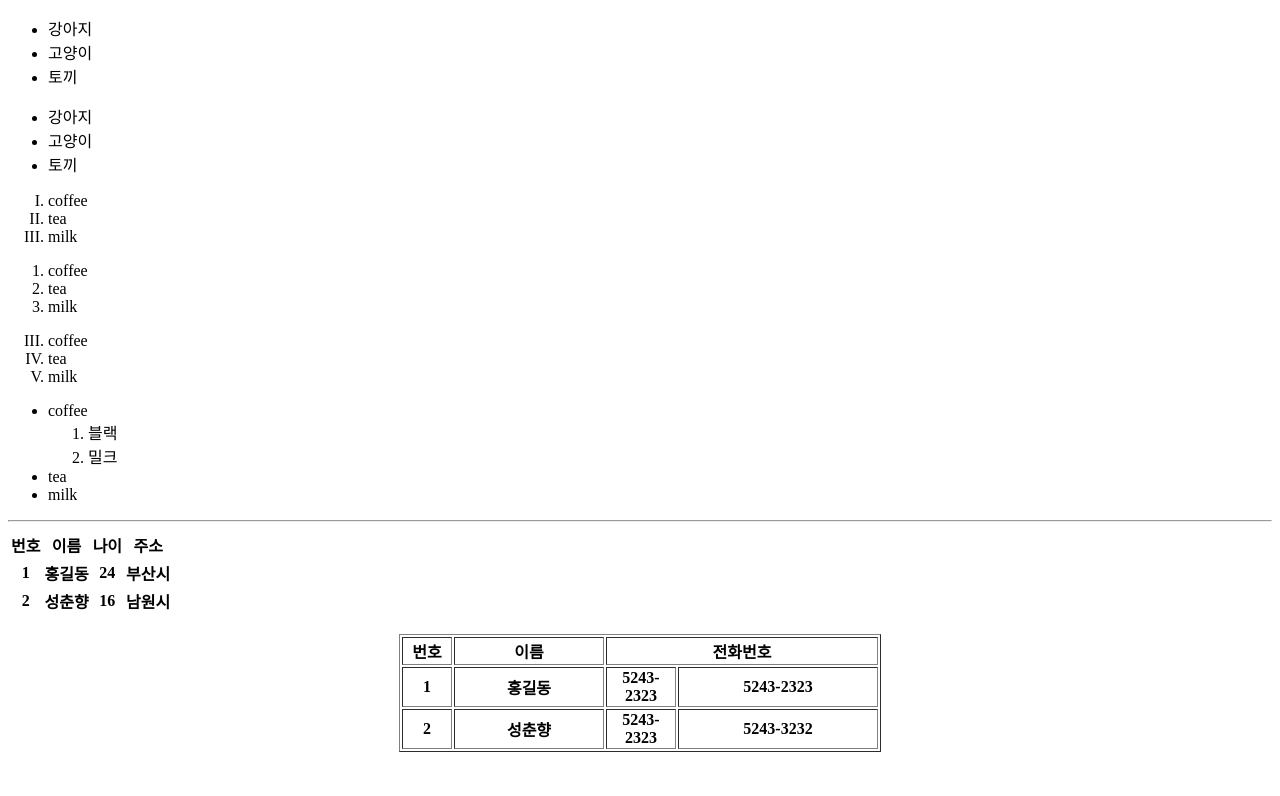
Repository: suhong99/htmlLecture
Page: sample02/src/main/webapp/index.html
An editor plug-in stored every save of this project. The page is shown before and after the next save, followed by the edit.
The browser window is 1280 px wide. The pictures show the whole page.

Above is the page before, as saved 2023-06-21 07:30:13.

### sample02/src/main/webapp/index.html
<!DOCTYPE html>
<html>
<head>
<meta charset="UTF-8">
<title>Insert title here</title>
</head>
<body>
<!--
	list : 목록

	ul : unordered(순서없는) list
	ol : ordered(순서있는) list

 -->

<ul>
 	<li>강아지</li>
 	<li>고양이</li>
 	<li>토끼</li>
</ul>

<ul style="list-style-type:disc">
 	<li>강아지</li>
 	<li>고양이</li>
 	<li>토끼</li>
</ul>

<ol type="I">
	<li>coffee</li>
	<li>tea</li>
	<li>milk</li>
</ol>
<ol type="3">  <!-- 안됨  -->
	<li>coffee</li>
	<li>tea</li>
	<li>milk</li>
</ol>
<ol type = "I" start="3">
	<li>coffee</li>
	<li>tea</li>
	<li>milk</li>
</ol>

<ul type="I">
	<li>coffee
	<ol>
		<li>블랙</li>
		<li>밀크</li>
		</ol>
	</li>
	<li>tea</li>
	<li>milk</li>
</ul>

<hr>

<!--
	table : column(열) , row(행)
	<table>
		<col width="">
		<thead>
			<tr>
				<th></th>
				<td></td>
			</tr>
		</thead>
		<tbody>
		</tbody>
	</table>
 -->

 <table>
 	<thead>
 	<tr>
 		<th>번호</th>
	 	<th>이름</th>
	 	<th>나이</th>
 		<th>주소</th>
 	</tr>
 	</thead>
 	<tbody>
	 	<tr>
	 		<th>1</th>
		 	<th>홍길동</th>
		 	<th>24</th>
	 		<th>부산시</th>
	 	</tr>
	 	<tr>
	 		<th>2</th>
		 	<th>성춘향</th>
		 	<th>16</th>
	 		<th>남원시</th>
	 	</tr>
 	</tbody>
 </table>
 <br>
 <div align="center">
 <table border="1">
 <col width="50"> <col width="150">
  <col width="70">
  <col width="200">

 	<thead>
 	<tr>
 		<th>번호</th>
	 	<th>이름</th>
	 	<th colspan="2">전화번호</th>
 	</tr>
 	</thead>
 	<tbody>
	 	<tr>
	 		<th align="center">1</th>
		 	<th>홍길동</th>
		 	<th>5243-2323</th>
	 		<th>5243-2323</th>
	 	</tr>
	 	<tr>
	 		<th align="center">2</th>
		 	<th>성춘향</th>
		 	<th>5243-2323</th>
	 		<th>5243-3232</th>
	 	</tr>
 	</tbody>
 </table>
 </div>
 <br></br>

</body>
</html>

After the next save:
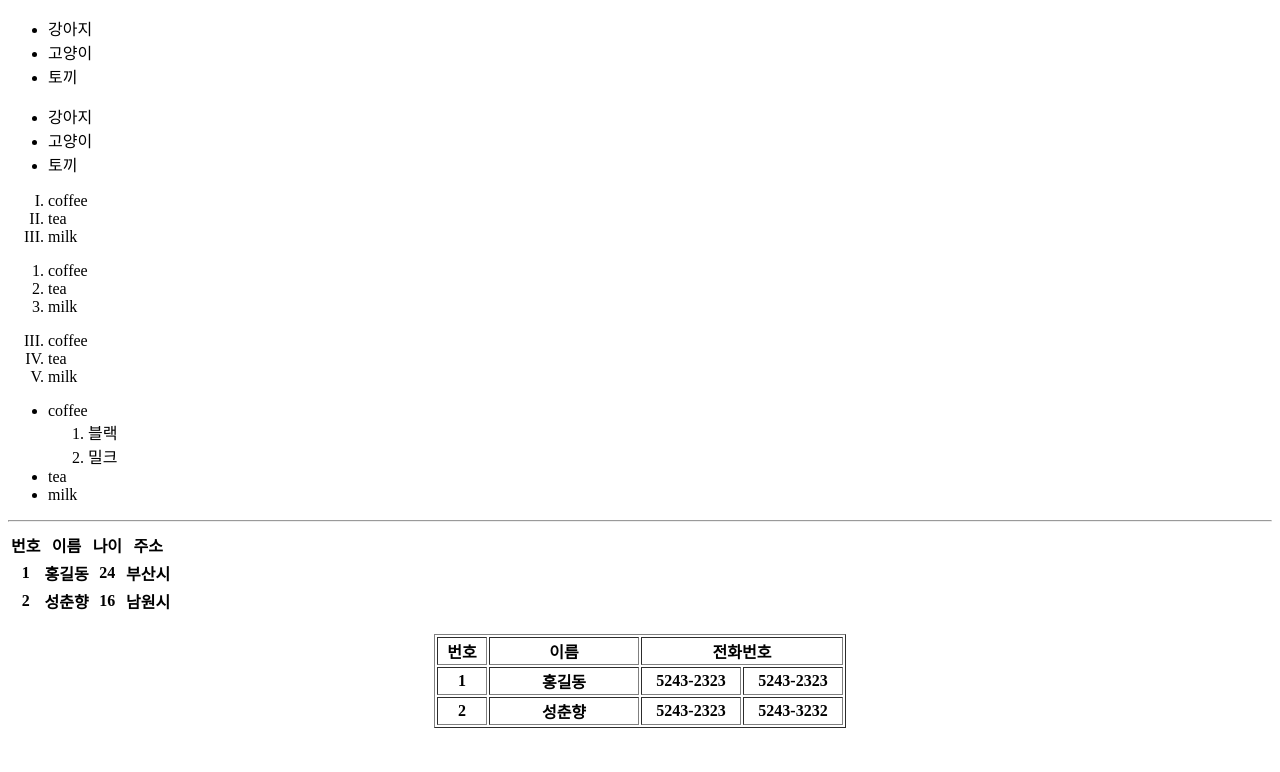
Saved 30 s later.
--- a/sample02/src/main/webapp/index.html
+++ b/sample02/src/main/webapp/index.html
@@ -97,8 +97,8 @@
  <div align="center">
  <table border="1">
  <col width="50"> <col width="150">
-  <col width="70">
-  <col width="200">
+  <col width="100">
+  <col width="100">
 
  	<thead>
  	<tr>
